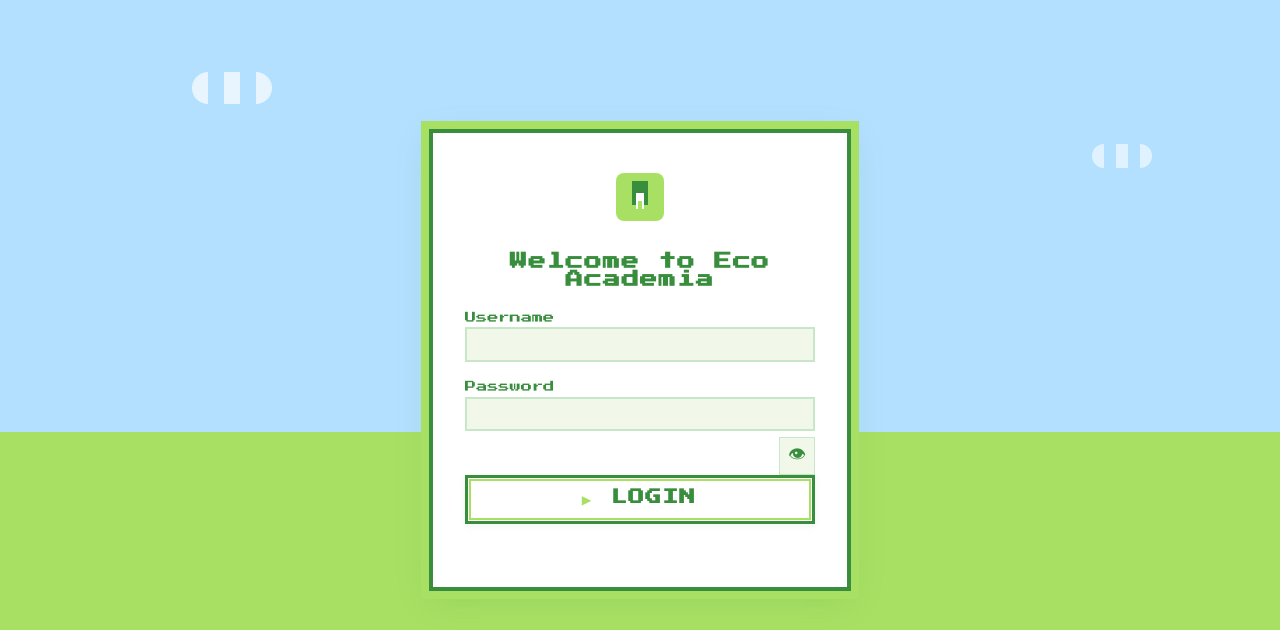
Repository: hotaruhshs/eco-academia
Page: login/index.html
An editor plug-in stored every save of this project. The page is shown before and after the next save, followed by the edit.
The browser window is 1280 px wide. The pictures show the whole page.

Above is the page before, as saved 2025-07-06 01:23:15.

### login/index.html
<!DOCTYPE html>
<html lang="en">
  <head>
    <meta charset="UTF-8" />
    <meta name="viewport" content="width=device-width, initial-scale=1.0" />
    <title>Eco Academia Login</title>
    <link rel="stylesheet" href="css/login.css" />
    <link
      href="https://fonts.googleapis.com/css2?family=Press+Start+2P&display=swap"
      rel="stylesheet"
    />
  </head>
  <body>
    <div class="login-container">
      <div class="login-card">
        <div class="login-logo">
          <img
            src="images/leaf.svg"
            alt="Eco Academia Logo"
            height="48"
            style="image-rendering: pixelated"
          />
        </div>
        <h2>Welcome to Eco Academia</h2>
        <form id="loginForm">
          <div class="input-group">
            <label for="username">Username</label>
            <input type="text" id="username" name="username" required />
          </div>
          <div class="input-group">
            <label for="password">Password</label>
            <input type="password" id="password" name="password" required />
            <button
              type="button"
              id="togglePassword"
              aria-label="Show password"
              style="
                margin-top: 6px;
                font-size: 1.1rem;
                padding: 0.2rem 0.5rem;
                float: right;
                background: #f1f8e9;
                border: 1.5px solid #c8e6c9;
                color: #388e3c;
                cursor: pointer;
                font-family: 'Press Start 2P', 'Consolas', monospace;
              "
            >
              <span id="eyeIcon" aria-hidden="true">&#128065;</span>
            </button>
          </div>
          <button type="submit">Login</button>
        </form>
        <div id="loginMessage"></div>
      </div>
    </div>
    <script src="js/login.js"></script>
  </body>
</html>

### login/css/login.css
/* Pixel art nature theme login page */
body {
  margin: 0;
  padding: 0;
  min-height: 100vh;
  font-family: "Press Start 2P", "Consolas", monospace;
  /* Pixel sky with clouds and grass */
  background: linear-gradient(to bottom, #b3e0ff 0 60%, #a8e063 60% 100%);
  position: relative;
  display: flex;
  align-items: center;
  justify-content: center;
}

body::before {
  content: "";
  position: absolute;
  top: 10%;
  left: 15%;
  width: 80px;
  height: 32px;
  background: repeating-linear-gradient(
    90deg,
    #fff 0 16px,
    transparent 16px 32px
  );
  opacity: 0.7;
  border-radius: 16px;
  filter: blur(0.5px);
  z-index: 0;
}
body::after {
  content: "";
  position: absolute;
  top: 20%;
  right: 10%;
  width: 60px;
  height: 24px;
  background: repeating-linear-gradient(
    90deg,
    #fff 0 12px,
    transparent 12px 24px
  );
  opacity: 0.6;
  border-radius: 12px;
  filter: blur(0.5px);
  z-index: 0;
}

.login-container {
  width: 100vw;
  height: 100vh;
  display: flex;
  align-items: center;
  justify-content: center;
  z-index: 1;
}

.login-card {
  background: #fff;
  border: 4px solid #388e3c;
  border-radius: 0;
  box-shadow: 0 0 0 8px #a8e063, 0 8px 32px rgba(56, 142, 60, 0.15);
  padding: 2.5rem 2rem 2rem 2rem;
  max-width: 350px;
  width: 100%;
  text-align: center;
  position: relative;
  image-rendering: pixelated;
}

.login-logo img {
  margin-bottom: 1rem;
  image-rendering: pixelated;
}

h2 {
  color: #388e3c;
  margin-bottom: 1.5rem;
  font-family: "Press Start 2P", "Consolas", monospace;
  font-size: 1.1rem;
  letter-spacing: 1px;
}

.input-group {
  margin-bottom: 1.2rem;
  text-align: left;
}

.input-group label {
  display: block;
  margin-bottom: 0.3rem;
  color: #388e3c;
  font-weight: 500;
  font-family: "Press Start 2P", "Consolas", monospace;
  font-size: 0.7rem;
}

.input-group input {
  width: 100%;
  box-sizing: border-box;
  padding: 0.6rem 0.6rem;
  border: 2.5px solid #c8e6c9;
  border-radius: 0;
  font-size: 0.7rem;
  background: #f1f8e9;
  font-family: "Press Start 2P", "Consolas", monospace;
  image-rendering: pixelated;
  transition: border 0.2s;
  margin: 0;
}

.input-group input:focus {
  border: 2.5px solid #388e3c;
  outline: none;
}

button[type="submit"] {
  width: 100%;
  padding: 0.7rem;
  background: #fff;
  color: #388e3c;
  border: 3px solid #388e3c;
  border-radius: 0;
  font-size: 1rem;
  font-family: "Press Start 2P", "Consolas", monospace;
  font-weight: 600;
  cursor: pointer;
  box-shadow: 0 2px 8px rgba(56, 142, 60, 0.08);
  image-rendering: pixelated;
  transition: background 0.2s, color 0.2s;
  position: relative;
  letter-spacing: 1px;
  text-transform: uppercase;
  outline: 2px solid #a8e063;
  outline-offset: -6px;
}

button[type="submit"]:hover {
  background: #388e3c;
  color: #fff;
  border-color: #a8e063;
  outline: 2px solid #388e3c;
}

button[type="submit"]::before {
  content: "▶ ";
  color: #a8e063;
  font-size: 1rem;
  position: relative;
  left: -2px;
  top: 0;
}

#loginMessage {
  margin-top: 1rem;
  color: #d32f2f;
  min-height: 1.2em;
  font-family: "Press Start 2P", "Consolas", monospace;
  font-size: 0.8rem;
}

@media (max-width: 500px) {
  .login-card {
    padding: 1.5rem 0.7rem 1.2rem 0.7rem;
    max-width: 95vw;
  }
}

@import url("https://fonts.googleapis.com/css2?family=Press+Start+2P&display=swap");

### login/images/leaf.svg
<svg width="48" height="48" viewBox="0 0 48 48" fill="none" xmlns="http://www.w3.org/2000/svg">
  <rect width="48" height="48" rx="8" fill="#a8e063"/>
  <rect x="16" y="8" width="16" height="24" fill="#388e3c"/>
  <rect x="20" y="20" width="8" height="16" fill="#fff"/>
  <rect x="22" y="28" width="4" height="8" fill="#a8e063"/>
</svg>

### login/js/login.js
// Simulate login for static prototype
const loginForm = document.getElementById('loginForm');
const loginMessage = document.getElementById('loginMessage');

// Show/hide password functionality
const passwordInput = document.getElementById('password');
const togglePasswordBtn = document.getElementById('togglePassword');
if (togglePasswordBtn && passwordInput) {
    togglePasswordBtn.addEventListener('click', function () {
        if (passwordInput.type === 'password') {
            passwordInput.type = 'text';
            togglePasswordBtn.textContent = 'Hide';
            togglePasswordBtn.setAttribute('aria-label', 'Hide password');
        } else {
            passwordInput.type = 'password';
            togglePasswordBtn.textContent = 'Show';
            togglePasswordBtn.setAttribute('aria-label', 'Show password');
        }
    });
}

loginForm.addEventListener('submit', function(e) {
    e.preventDefault();
    const username = document.getElementById('username').value.trim();
    const password = document.getElementById('password').value.trim();

    // Simulate login: accept any non-empty username/password
    if (username && password) {
        loginMessage.style.color = '#388e3c';
        loginMessage.textContent = 'Login successful! Redirecting...';
        setTimeout(() => {
            window.location.href = '../dashboard/index.html'; // Placeholder redirect
        }, 1200);
    } else {
        loginMessage.style.color = '#d32f2f';
        loginMessage.textContent = 'Please enter both username and password.';
    }
});

After the next save:
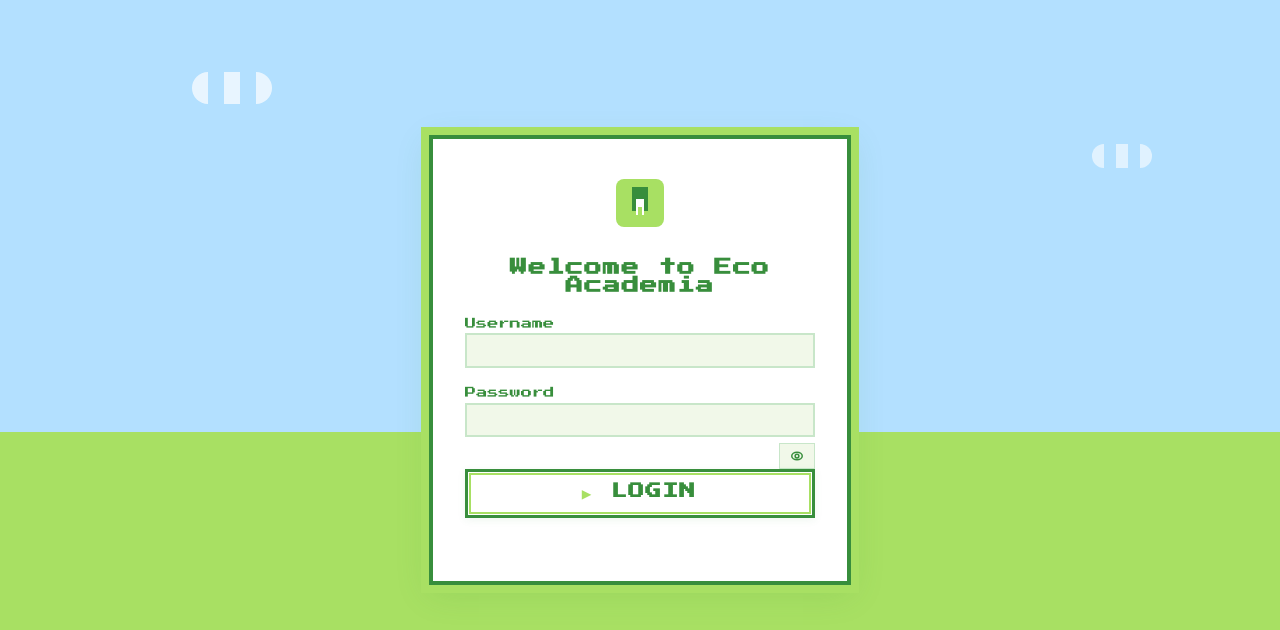
Saved 46 s later.
--- a/login/index.html
+++ b/login/index.html
@@ -30,23 +30,13 @@
           <div class="input-group">
             <label for="password">Password</label>
             <input type="password" id="password" name="password" required />
-            <button
-              type="button"
-              id="togglePassword"
-              aria-label="Show password"
-              style="
-                margin-top: 6px;
-                font-size: 1.1rem;
-                padding: 0.2rem 0.5rem;
-                float: right;
-                background: #f1f8e9;
-                border: 1.5px solid #c8e6c9;
-                color: #388e3c;
-                cursor: pointer;
-                font-family: 'Press Start 2P', 'Consolas', monospace;
-              "
-            >
-              <span id="eyeIcon" aria-hidden="true">&#128065;</span>
+            <button type="button" id="togglePassword" aria-label="Show password" style="margin-top:6px;font-size:0.7rem;padding:0.2rem 0.5rem;float:right;background:#f1f8e9;border:1.5px solid #c8e6c9;color:#388e3c;cursor:pointer;font-family:'Press Start 2P','Consolas',monospace;display:flex;align-items:center;gap:4px;">
+              <span id="eyeIcon" style="display:inline-block;vertical-align:middle;">
+                <!-- Eye SVG (visible by default) -->
+                <svg id="eyeOpen" xmlns="http://www.w3.org/2000/svg" width="18" height="18" viewBox="0 0 24 24" fill="none" stroke="#388e3c" stroke-width="2" stroke-linecap="round" stroke-linejoin="round"><ellipse cx="12" cy="12" rx="7" ry="5"/><circle cx="12" cy="12" r="2.5"/></svg>
+                <!-- Eye-slash SVG (hidden by default) -->
+                <svg id="eyeClosed" xmlns="http://www.w3.org/2000/svg" width="18" height="18" viewBox="0 0 24 24" fill="none" stroke="#388e3c" stroke-width="2" stroke-linecap="round" stroke-linejoin="round" style="display:none;"><ellipse cx="12" cy="12" rx="7" ry="5"/><line x1="3" y1="3" x2="21" y2="21"/></svg>
+              </span>
             </button>
           </div>
           <button type="submit">Login</button>
